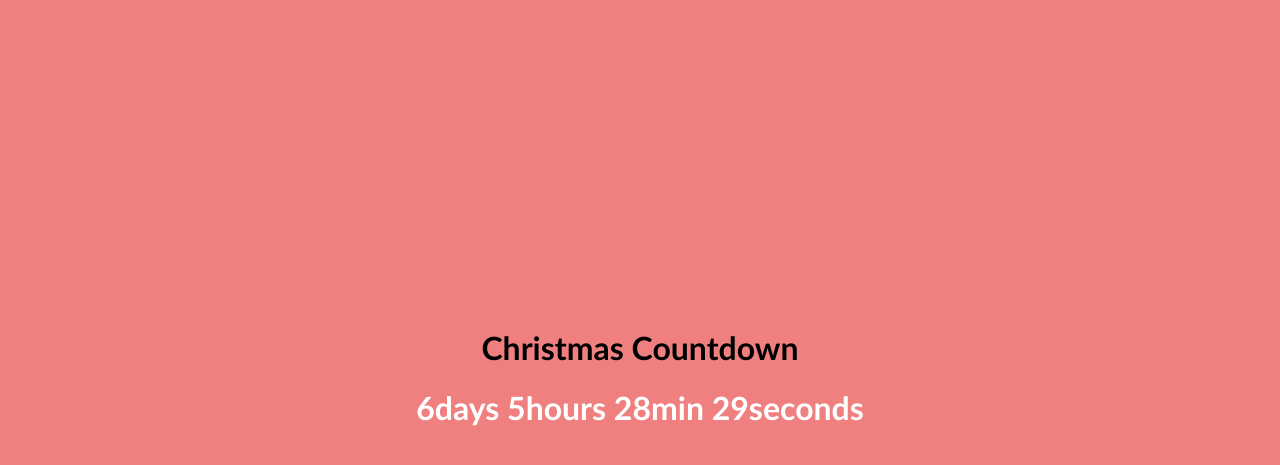
Repository: notMaximilian/countdown-timer
Page: index.html
An editor plug-in stored every save of this project. The page is shown before and after a run of saves, followed by the edit.
The browser window is 1280 px wide. The pictures show the whole page.

Above is the page before, as saved 2021-12-18 18:51:38.

### index.html
<html lang="en">
    <head>
        <meta charset="utf-8"/>
        <title>Christmas Countdown</title>
        <link rel="stylesheet" href="styles.css"/>
    </head>
    <body>
        <h1 id="main-text">Christmas Countdown</h1>
        <h1 id="time-left"></h1>
        <script src="app.js"></script>
    </body>
</html>

### styles.css
body{
    background-color: lightcoral;
    color:white;
    text-align: center;
    padding-top: 25%;
    font-family: 'Trebuchet MS', 'Lucida Sans Unicode', 'Lucida Grande', 'Lucida Sans', Arial, sans-serif;
}

#main-text{
    color:black;
}

### app.js
const timeLeft = document.getElementById('time-left')
let timerId;
//Units of time
const second = 1000
const minute = second * 60
const hour = minute * 60
const day = hour * 24

const christmas = new Date('12/25/2021')

function countdown(){
    const today = new Date();
    const timeSpan = christmas - today;

    if(timeSpan <= -day){
        timeLeft.innerHTML("I hope you had a Merry Christmas!!!")
        clearInterval(timerId)
        return
    }

    if (timeSpan <= 0){
        timeLeft.innerHTML("Merry Christmas!!!")
        clearInterval(timerId)
        return
    }

    const days = Math.floor(timeSpan / day)
    const hours = Math.floor((timeSpan % day) / hour)
    const minutes = Math.floor((timeSpan % hour) / minute)
    const seconds = Math.floor((timeSpan % minute) / second)

    timeLeft.innerHTML = days + "days " + hours + "hours " + minutes + "min " + seconds + "seconds"

}

timerId = setInterval(countdown, second)

After the next 2 saves:
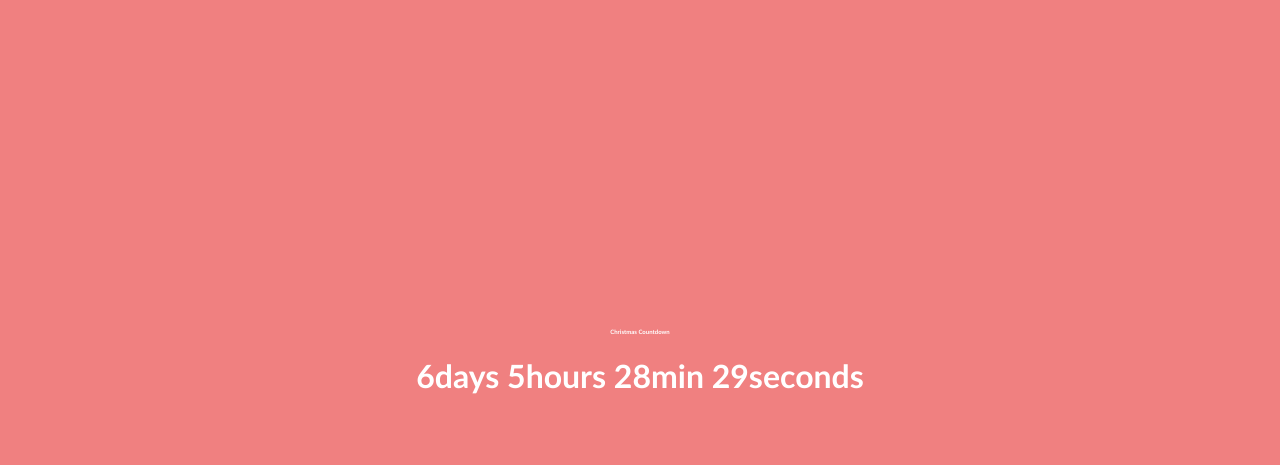
The 2 saves are shown as one change because they came seconds apart.
The last was saved 16 s later.
--- a/styles.css
+++ b/styles.css
@@ -7,5 +7,5 @@ body{
 }
 
 #main-text{
-    color:black;
+    font-size: 25%;
 }
